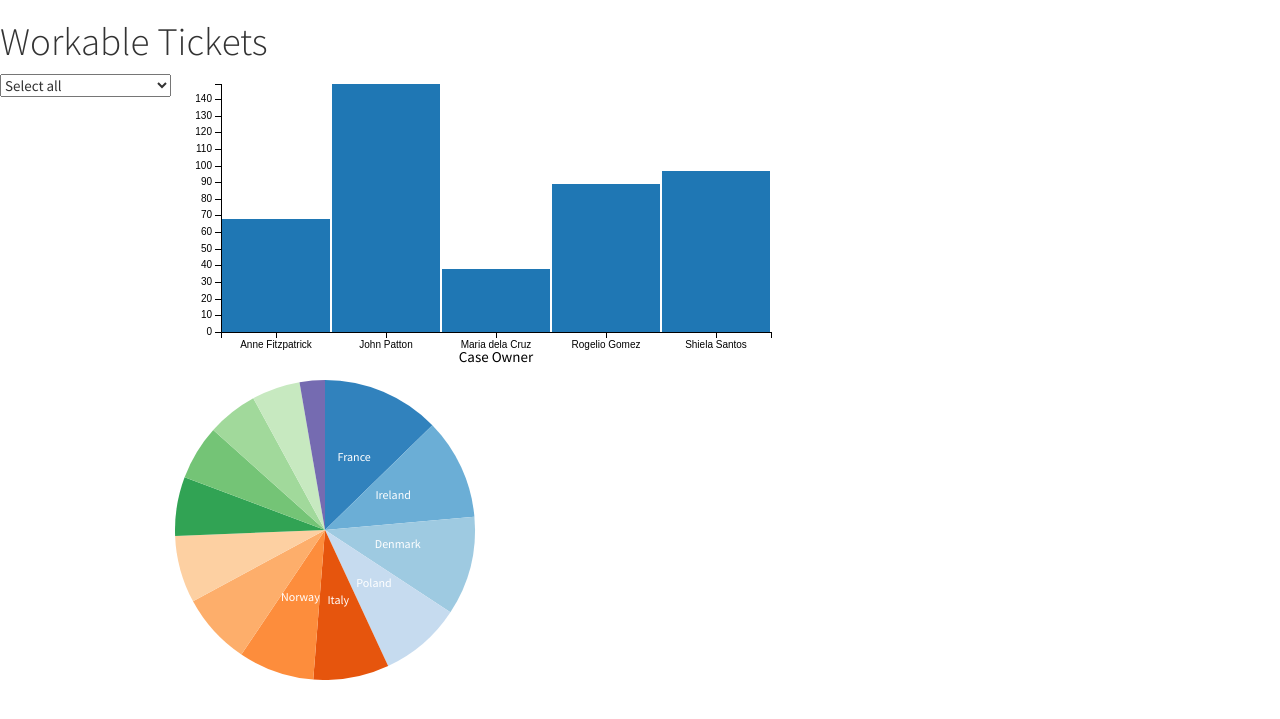
Repository: RChanco/Workable-Tickets-Dashboard
Page: index.html
The author's editor kept a record of every edit. The page is drawn from the files as they stood at one moment, then again after the next edit.
The browser window is 1280 px wide. The pictures show the whole page.

Above is the page before.

### index.html
<!DOCTYPE html>
<html lang="en">
<head>
    <meta charset="UTF-8">
    <meta name="viewport" content="width=device-width, initial-scale=1.0">
    <meta http-equiv="X-UA-Compatible" content="ie=edge">
    <title>Workable Tickets Dashboard</title>

    <link rel="stylesheet" href="static/css/bootstrap.min.css" type="text/css" />
    <link rel="stylesheet" href="static/css/dc.min.css" type="text/css" />

    <script type="text/javascript" src="static/js/d3.min.js"></script>
    <script type="text/javascript" src="static/js/crossfilter.min.js"></script>
    <script type="text/javascript" src="static/js/dc.min.js"></script>
    <script type="text/javascript" src="static/js/queue.min.js"></script>
    <script type="text/javascript" src="static/js/graph.js"></script>

</head>
<body>
    <h1>Workable Tickets</h1>


    <div id="status-selector"></div>

    <div id="case-owner"></div>

    <div id="case-country"></div>

    <div id="average-days-old"></div>

</body>
</html>

### static/js/graph.js
queue()
    .defer(d3.csv,"data/Open_Tickets.csv")
     .await(makeGraphs);

function makeGraphs(error, ticketsData) {
    var ndx = crossfilter(ticketsData);

    show_status_selector(ndx);
    show_case_owner(ndx);

    show_case_country(ndx);

    dc.renderAll();

}

function show_status_selector(ndx) {
    var dim = ndx.dimension(dc.pluck('Status'));
    var group = dim.group();

    dc.selectMenu("#status-selector")
        .dimension(dim)
        .group(group);
}
function show_case_owner(ndx) {
    var dim = ndx.dimension(dc.pluck('CaseOwner'));
    var group = dim.group();

    dc.barChart("#case-owner")
        .width(650)
        .height(300)
        .margins({top: 10, right: 50, bottom: 30, left: 50})
        .dimension(dim)
        .group(group)
        .transitionDuration(500)
        .x(d3.scale.ordinal())
        .xUnits(dc.units.ordinal)
        .xAxisLabel("Case Owner")
        .yAxis().ticks(20);
}

function show_case_days_old(ndx) {
    var dim = ndx.dimension(dc.pluck('DaysOld'));

    function add_item(p, v) {
        p.count++;
        p.total += v.DaysOld;
        p.average = p.total / p.count;
        return p;
    }

    function remove_item(p, v) {
        p.count--;
        if(p.count == 0) {
            p.total = 0;
            p.average = 0;
        } else {
            p.total -= v.DaysOld;
            p.average = p.total / p.count;
        }
        return p;
    }

    function initialise() {
        return {count: 0, total: 0, average: 0};
    }

    var averageDaysOld = dim.group().reduce(add_item, remove_item, initialise);

    dc.barChart("#average-days-old")
	        .width(400)
	        .height(300)
	        .margins({top: 10, right: 50, bottom: 30, left: 50})
	        .dimension(dim)
	        .group(averageDaysOld)
	        .valueAccessor(function(d){
	            return d.value.average.toFixed(2);
	        })
	        .transitionDuration(500)
	        .x(d3.scale.ordinal())
	        .xUnits(dc.units.ordinal)
	        .elasticY(true)
	        .xAxisLabel("Gender")
	        .yAxis().ticks(4);

}

function show_case_country(ndx) {
    var dim = ndx.dimension(dc.pluck('CaseCountry'));
    var group = dim.group();

    dc.pieChart("#case-country")
        .width(650)
        .height(300)
/*        .margins({top: 10, right: 50, bottom: 30, left: 50})  */
        .dimension(dim)
        .group(group)
        .transitionDuration(500)
/*        .x(d3.scale.ordinal())
        .xUnits(dc.units.ordinal)
        .xAxisLabel("Case Country")
        .yAxis().ticks(20); */
}

Loaded but not shown: static/css/bootstrap.min.css (library); static/css/dc.min.css (library); static/js/d3.min.js (library); static/js/crossfilter.min.js (library); static/js/dc.min.js (library); static/js/queue.min.js (common file)

After the next edit:
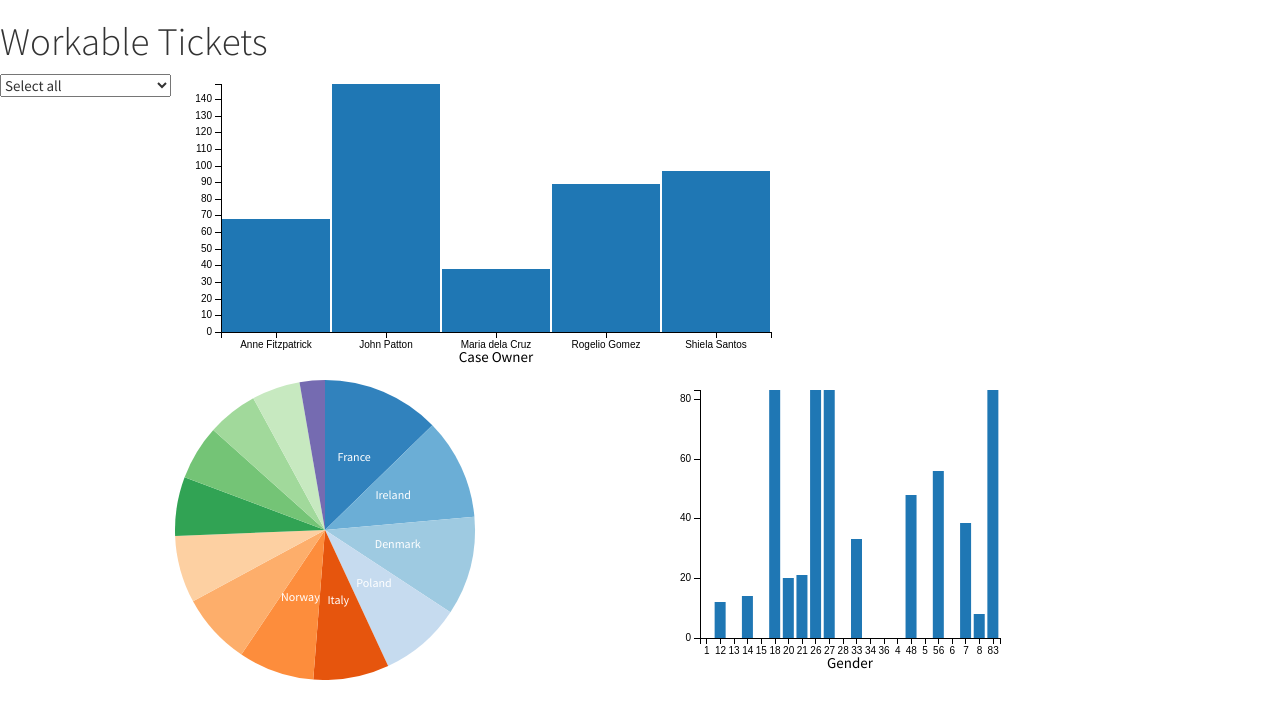
The edit:
--- a/static/js/graph.js
+++ b/static/js/graph.js
@@ -9,6 +9,7 @@
     show_case_owner(ndx);
 
     show_case_country(ndx);
+    show_case_days_old(ndx);
 
     dc.renderAll();
 
